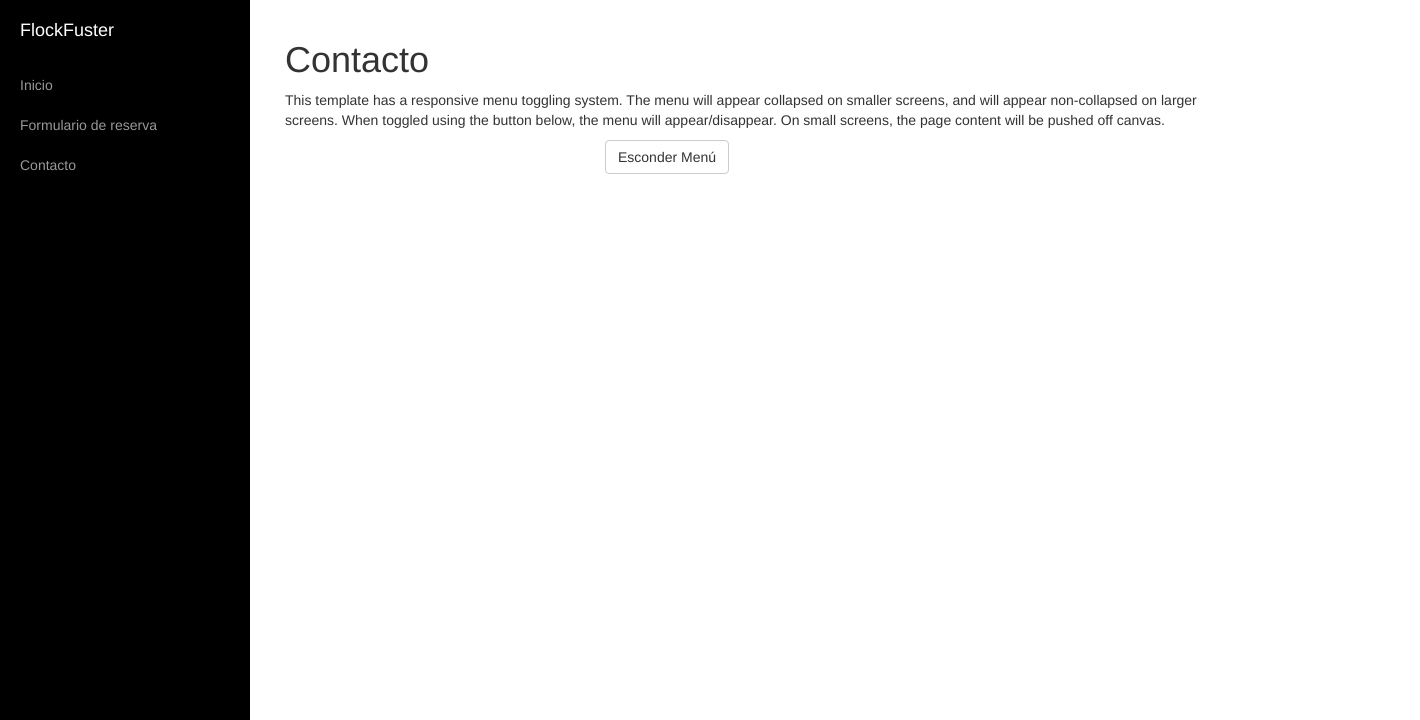
Repository: FranciscaGeorgue/Experiencia-3
Page: contacto.html
The author's editor kept a record of every edit. The page is drawn from the files as they stood at one moment, then again after the next edit.
The browser window is 1280 px wide. The page is 1280 px wide, then 1420 px, so the pictures cover 1420 px, including what lies to the right of the window. The pictures show the whole page.

Above is the page before.

After the next edit:
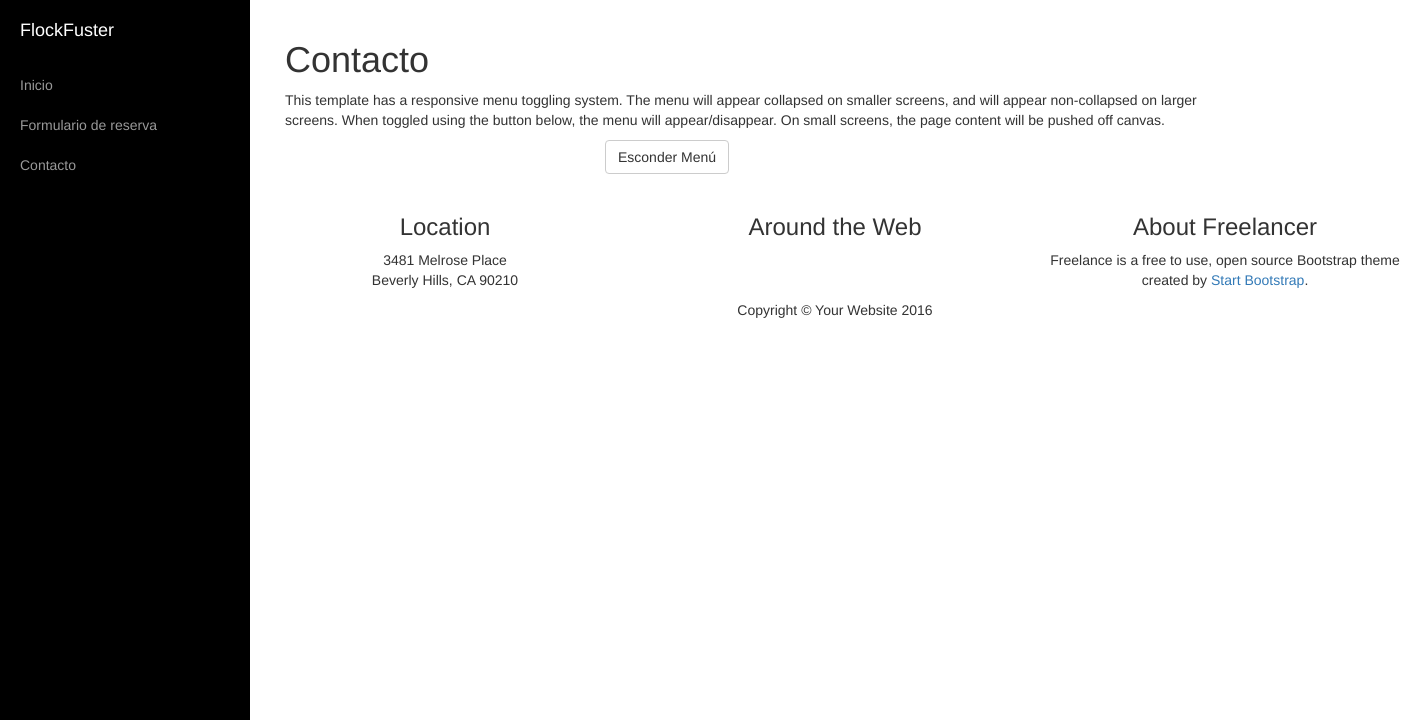
The edit:
--- a/contacto.html
+++ b/contacto.html
@@ -84,6 +84,54 @@
         </div>
         <!-- /#page-content-wrapper -->
 
+        <!-- footer-->
+        <footer class="text-center">
+        <div class="footer-above">
+            <div class="container">
+                <div class="row">
+                    <div class="footer-col col-md-4">
+                        <h3>Location</h3>
+                        <p>3481 Melrose Place
+                            <br>Beverly Hills, CA 90210</p>
+                    </div>
+                    <div class="footer-col col-md-4">
+                        <h3>Around the Web</h3>
+                        <ul class="list-inline">
+                            <li>
+                                <a href="#" class="btn-social btn-outline"><i class="fa fa-fw fa-facebook"></i></a>
+                            </li>
+                            <li>
+                                <a href="#" class="btn-social btn-outline"><i class="fa fa-fw fa-google-plus"></i></a>
+                            </li>
+                            <li>
+                                <a href="#" class="btn-social btn-outline"><i class="fa fa-fw fa-twitter"></i></a>
+                            </li>
+                            <li>
+                                <a href="#" class="btn-social btn-outline"><i class="fa fa-fw fa-linkedin"></i></a>
+                            </li>
+                            <li>
+                                <a href="#" class="btn-social btn-outline"><i class="fa fa-fw fa-dribbble"></i></a>
+                            </li>
+                        </ul>
+                    </div>
+                    <div class="footer-col col-md-4">
+                        <h3>About Freelancer</h3>
+                        <p>Freelance is a free to use, open source Bootstrap theme created by <a href="http://startbootstrap.com">Start Bootstrap</a>.</p>
+                    </div>
+                </div>
+            </div>
+        </div>
+        <div class="footer-below">
+            <div class="container">
+                <div class="row">
+                    <div class="col-lg-12">
+                        Copyright &copy; Your Website 2016
+                    </div>
+                </div>
+            </div>
+        </div>
+    </footer>
+
     </div>
     <!-- /#wrapper -->
 
